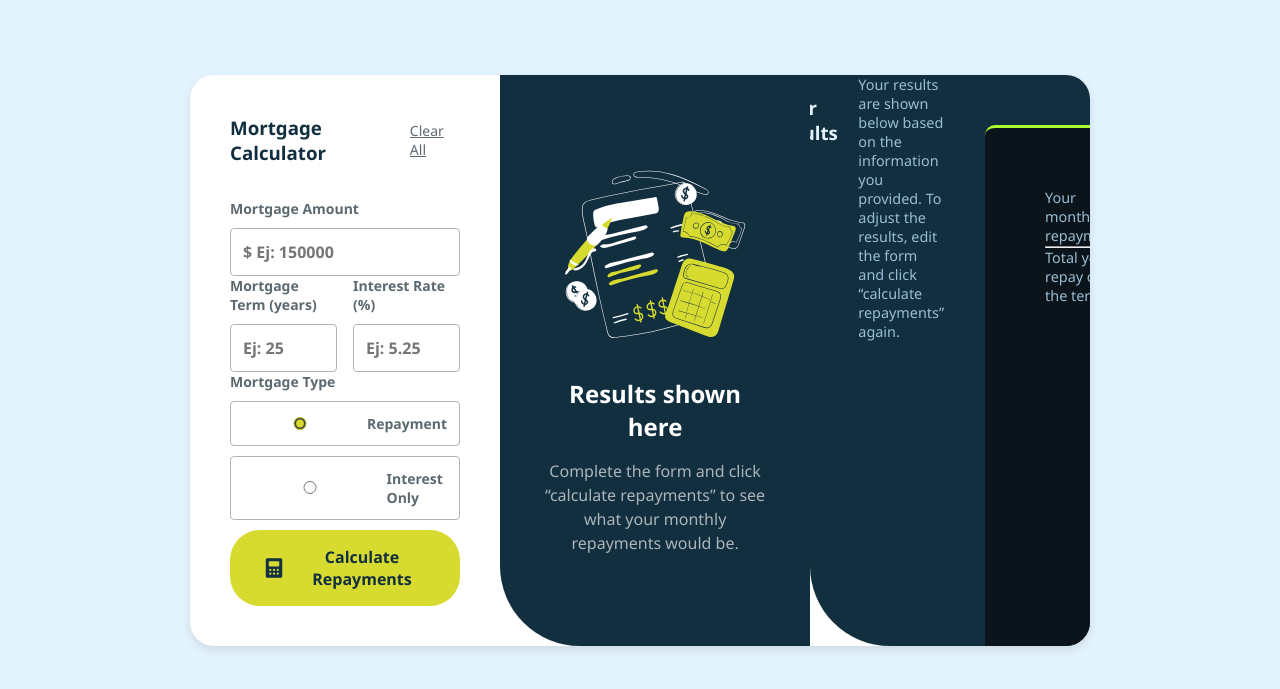
Repository: GravielPV/Mortgage-repayment-calculator
Page: index.html
These files come from the project's save history. The page is drawn as it stood at one moment and after a run of saves; the edit follows.
The browser window is 1280 px wide. The pictures show the whole page.

Above is the page before, as saved 2025-12-14 15:19:04.

### index.html
<!DOCTYPE html>
<html lang="en">
<head>
  <meta charset="UTF-8">
  <meta name="viewport" content="width=device-width, initial-scale=1.0"> <!-- displays site properly based on user's device -->

  <link rel="icon" type="image/png" sizes="32x32" href="./assets/images/favicon-32x32.png">
  <link rel="stylesheet" href="styles.css">
  <title>Frontend Mentor | Mortgage repayment calculator</title>


</head>
<body>
  <div class="carta">



  <div class="lado-izquierdo">

    <div class="header-form">
      <h3>Mortgage Calculator</h3>
      <a href="#" id="clear-all">Clear All</a>
    </div>

    <form id="mortgage-form">

      <!-- Mortgage Amount -->
      <div class="campo">
        <label for="input-mortgage">Mortgage Amount</label>

        <input
          type="number"
          id="input-mortgage"
          name="mortgage"
          placeholder="$ Ej: 150000">
      </div>

      <!-- Mortgage Term & Interest Rate -->
      <div class="grupo-doble">
        <div class="campo1">
          <label for="input-term">Mortgage Term (years)</label>
          <input
            type="number"
            id="input-term"
            name="term"
            placeholder="Ej: 25">
        </div>

        <div class="campo1">
          <label for="input-interest">Interest Rate (%)</label>
          <input
            type="number"
            step="0.01"
            id="input-interest"
            name="interest"
            placeholder="Ej: 5.25">
        </div>
      </div>

      <!-- Mortgage Type -->
      <div class="campo">
        <label>Mortgage Type</label>

        <div class="radios">
          <label class="radio arriba">
            <input type="radio" name="mortgage-type" value="repayment" checked id="repayment">
            Repayment
          </label>

          <label class="radio abajo">
            <input type="radio" name="mortgage-type" value="interest-only" id="interest-only">
            Interest Only
          </label>
        </div>
      </div>

      <!-- Botón -->
      <div class="boton">

        <button type="button" onclick="calcular()"> <img src="assets/images/icon-calculator.svg" alt="calculadora icon">Calculate Repayments</button>
      </div>



    </form>

  </div>




  <!-- Empty results start -->

  <div class="derecho">

    <img src="assets/images/illustration-empty.svg" alt="mostrar">

  <h3>Results shown here</h3>

  <p>Complete the form and click “calculate repayments” to see what
  your monthly repayments would be.</p>
  </div>

  <!-- Empty results end -->

  <!-- Completed results start -->

  <div class="resultado">
    <h3>Your results</h3>
    <p>Your results are shown below based on the information you provided.
    To adjust the results, edit the form and click “calculate repayments” again.</p>

    <div class="caja-resultados">
      <p>Your monthly repayments</p>
      <h1 id="monthly-repayment"></h1>

      <hr>

      <p>Total you'll repay over the term</p>
      <h3 id="total-repayment"></h3>
    </div>
  </div>

</div>

<!-- Completed results end -->

<script src="app.js"></script>
</body>
</html>

### styles.css
* {
    box-sizing: border-box;
    margin: 0;
    padding: 0;
    font-family: 'Segoe UI', Tahoma, Geneva, Verdana, sans-serif;
}

body {
    background-color: hsl(202, 86%, 94%);
    display: flex;
    justify-content: center;
    align-items: center;
    min-height: 100vh;
}

.carta {
    width: 100%;
    max-width: 900px;
    background-color: white;
    display: flex;
    border-radius: 24px;
    overflow: hidden;
    box-shadow: 0 4px 8px 0 rgba(0, 0, 0, 0.1);
    margin: 20px;
}

/* ---- Lado Izquierdo ---- */
.lado-izquierdo {
    width: 50%;
    padding: 40px;
    display: flex;
    flex-direction: column;
    gap: 24px;
}

.header-form {
    display: flex;
    justify-content: space-between;
    align-items: center;
    margin-bottom: 10px;
}

.header-form h3 {
    color: hsl(202, 55%, 16%);
}

.header-form a {
    color: hsl(200, 10%, 40%);
    text-decoration: underline;
    font-size: 14px;
    cursor: pointer;
}

.header-form a:hover {
    color: hsl(202, 55%, 16%);
}

/* Inputs */
.campo {
    display: flex;
    flex-direction: column;
    gap: 10px;
}

.campo label, .campo1 label {
    color: hsl(200, 10%, 40%);
    font-size: 14px;
    font-weight: bold;
}

.campo input, .campo1 input {
    padding: 12px;
    border: 1px solid hsl(200, 10%, 70%);
    border-radius: 4px;
    font-size: 16px;
    font-weight: bold;
    cursor: pointer;
    width: 100%;
}

.campo input:focus, .campo1 input:focus {
    outline: none;
    border-color: hsl(61, 70%, 52%);
}

.grupo-doble {
    display: flex;
    gap: 16px;
}

.campo1 {
    display: flex;
    flex-direction: column;
    gap: 10px;
    width: 50%;
}

/* Radio buttons */
.radios {
    display: flex;
    flex-direction: column;
    gap: 10px;
}

.radio {
    display: flex;
    align-items: center;
    border: 1px solid hsl(200, 10%, 70%);
    padding: 12px;
    border-radius: 4px;
    cursor: pointer;
    gap: 10px;
    font-weight: bold;
    color: hsl(202, 55%, 16%);
}

.radio:hover {
    border-color: hsl(61, 70%, 52%);
}

.radio input {
    margin: 0;
    accent-color: hsl(61, 70%, 52%);
}

/* Boton */
.boton {
    margin-top: 10px;
}

button {
    display: flex;
    align-items: center;
    justify-content: center;
    gap: 10px;
    padding: 16px 32px;
    background-color: hsl(61, 70%, 52%);
    border: none;
    color: hsl(202, 55%, 16%);
    border-radius: 30px;
    cursor: pointer;
    font-weight: bold;
    font-size: 16px;
    width: 100%;
    transition: background-color 0.3s;
}

button:hover {
    background-color: hsl(61, 70%, 70%);
}

/* ---- Lado Derecho ---- */
.derecho {
    width: 50%;
    background-color: hsl(202, 55%, 16%);
    color: white;
    padding: 40px;
    display: flex;
    flex-direction: column;
    justify-content: center;
    align-items: center;
    text-align: center;
    border-bottom-left-radius: 80px;
}

.derecho img {
    margin-bottom: 20px;
}

.derecho h3 {
    margin-bottom: 16px;
    font-size: 24px;
}

.derecho p {
    color: hsl(200, 10%, 70%);
    line-height: 1.5;
}

.resultado {
    display: none;
}


.resultado{
     width: 50%;
    background-color: hsl(202, 55%, 16%);
    display: flex;
    justify-content: center;
    border-bottom-left-radius: 80px;
    overflow: hidden;


}

.resultado .caja-resultados {

    background-color: hsl(201, 46%, 7%);
    color: hsl(61, 70%, 52%);
    width: 80%;
    position: relative;
    left: 40px;
    top: 50px;
    padding: 60px;
    border-radius: 10px;
    border-top: 3px solid greenyellow;



}

.resultado  p{
    color: hsl(203, 41%, 72%);
    text-align: start;
    font-size: 0.90em;
    padding: 0.5px;
}

.resultado h3{

    color: hsl(202, 86%, 94%);
    padding: 20px;

}



/* Responsive */
@media (max-width: 768px) {
    body {
        align-items: flex-start;
        background-color: white;
    }

    .carta {
        flex-direction: column;
        border-radius: 0;
        margin: 0;
        box-shadow: none;
        max-width: 100%;
    }

    .lado-izquierdo, .derecho {
        width: 100%;
        padding: 24px;
    }

    .derecho {
        border-radius: 0;
        min-height: 400px;
    }

    .grupo-doble {
        flex-direction: column;
    }

    .campo1 {
        width: 100%;
    }
}

### app.js
// INPUTS
const montoInput = document.getElementById("input-mortgage");
const yearsInput = document.getElementById("input-term");
const interesInput = document.getElementById("input-interest");

// RADIOS
const repaymentRadio = document.getElementById("repayment");
const interestOnlyRadio = document.getElementById("interest-only");

// RESULTADOS
const resultadoBox = document.querySelector(".resultado");
const derechoBox = document.querySelector(".derecho");

const monthlyText = document.getElementById("monthly-repayment");
const totalText = document.getElementById("total-repayment");

// CLEAR ALL
const clearAllBtn = document.getElementById("clear-all");

// FORMATO MONEDA
function formatoMoneda(valor) {
  return new Intl.NumberFormat("en-US", {
    style: "currency",
    currency: "USD",
    minimumFractionDigits: 2,
  }).format(valor);
}

// CALCULAR
function calcular() {
  const monto = Number(montoInput.value);
  const years = Number(yearsInput.value);
  const interes = Number(interesInput.value) / 100;

  if (!monto || !years || !interes) {
    alert("Please complete all fields");
    return;
  }

  const r = interes / 12;
  const n = years * 12;

  let pagoMensual = 0;
  let pagoTotal = 0;

  // REPAYMENT
  if (repaymentRadio.checked) {
    pagoMensual =
      (monto * r * Math.pow(1 + r, n)) /
      (Math.pow(1 + r, n) - 1);

    pagoTotal = pagoMensual * n;
  }

  // INTEREST ONLY
  if (interestOnlyRadio.checked) {
    pagoMensual = monto * r;
    pagoTotal = pagoMensual * n;
  }

  // MOSTRAR RESULTADOS
  monthlyText.textContent = formatoMoneda(pagoMensual);
  totalText.textContent = formatoMoneda(pagoTotal);

  derechoBox.style.display = "none";
  resultadoBox.style.display = "block";
}

// CLEAR ALL
clearAllBtn.addEventListener("click", (e) => {
  e.preventDefault();

  montoInput.value = "";
  yearsInput.value = "";
  interesInput.value = "";

  repaymentRadio.checked = true;
  interestOnlyRadio.checked = false;

  resultadoBox.style.display = "none";
  derechoBox.style.display = "block";
});

After the next 4 saves:
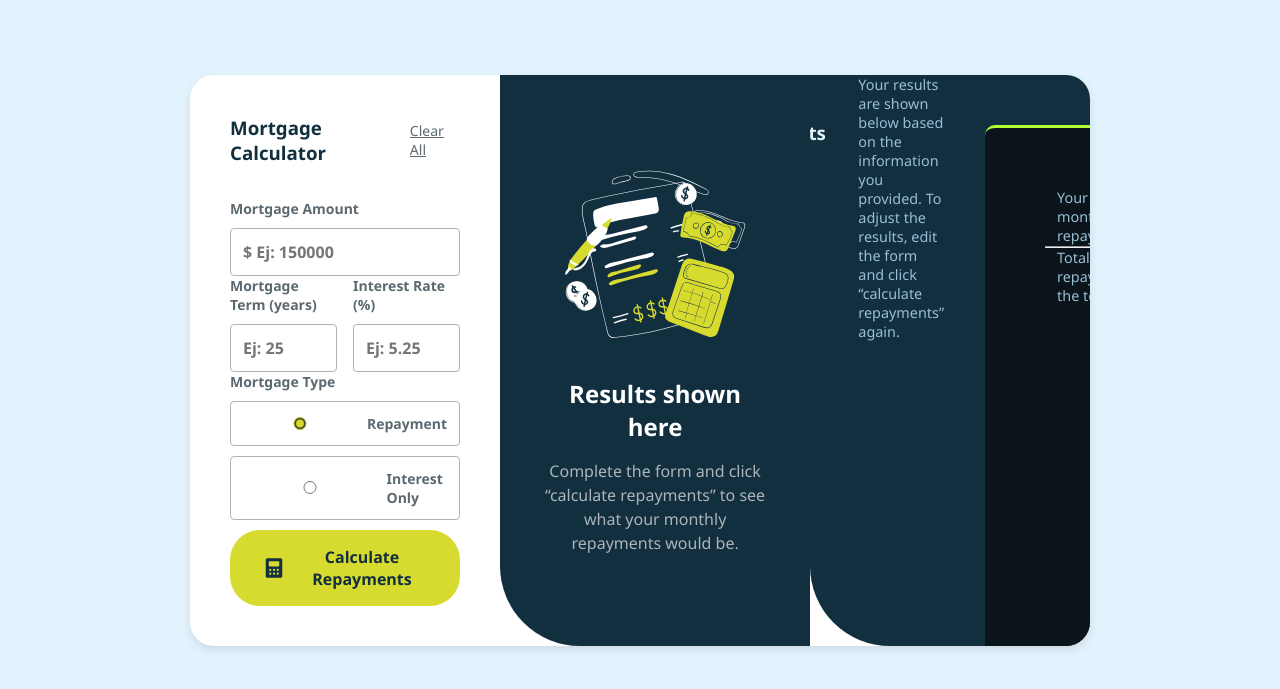
The 4 saves are shown as one change because they came seconds apart.
The last was saved 13 s later.
--- a/styles.css
+++ b/styles.css
@@ -214,6 +214,7 @@ button:hover {
     text-align: start;
     font-size: 0.90em;
     padding: 0.5px;
+    margin-left: 12px;
 }
 
 .resultado h3{
